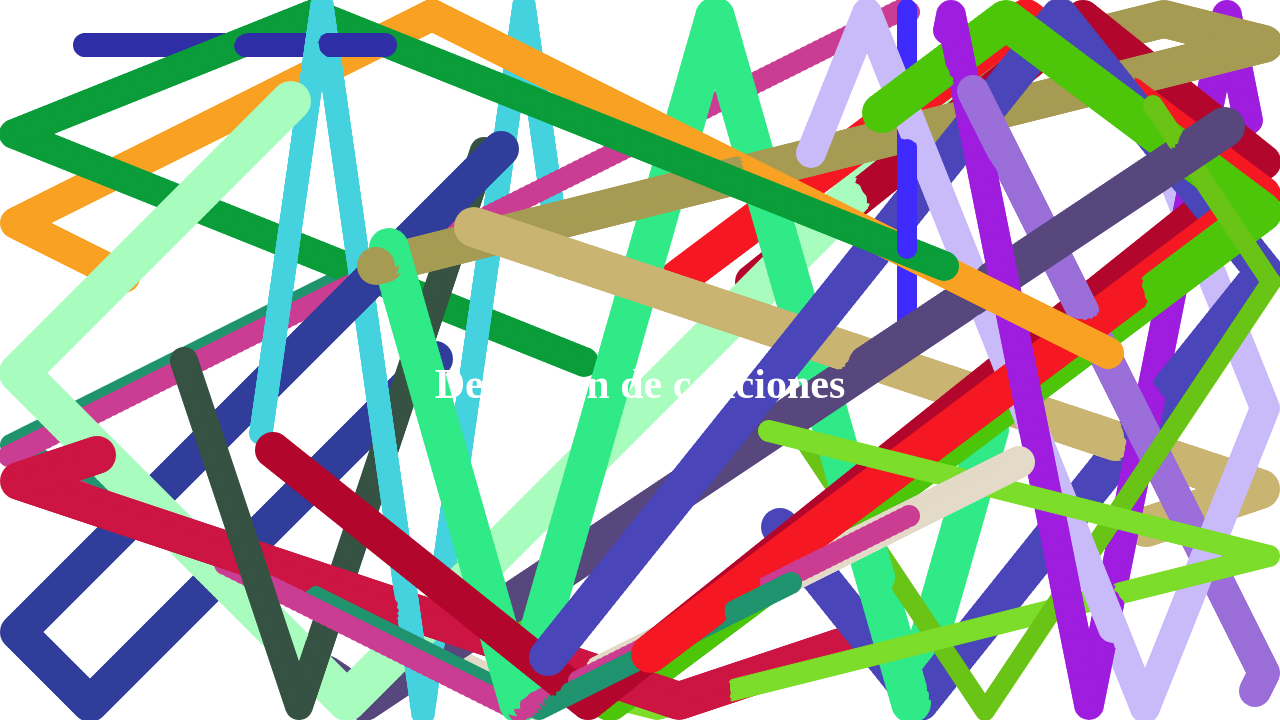
Repository: mvbri/Bouncing-Balls-Animation
Page: index.html
These files come from the project's save history. The page is drawn as it stood at one moment and after the next save; the edit follows.
The browser window is 1280 px wide. The pictures show the whole page.

Above is the page before, as saved 2023-01-15 18:03:25.

### index.html
<!DOCTYPE html>
<html lang="en">
	<head>
		<meta charset="UTF-8" />
		<meta http-equiv="X-UA-Compatible" content="IE=edge" />
		<meta name="viewport" content="width=device-width, initial-scale=1.0" />
		<title>Practicas js</title>
		<link rel="stylesheet" href="style.css" />
	</head>
	<body>
		<div class="container">
			<h1>Deteccion de coliciones</h1>
			<canvas class="canvas"></canvas>
		</div>
		<script src="./bouncingBalls.js"></script>
		<!-- <script src="main.js"></script> -->
	</body>
</html>

### style.css
* {
    margin: 0;
    padding: 0;
    box-sizing: border-box;
}

html,
body {
    height: 100vh;
}

.container {
    height: 100%;
    display: grid;
    justify-content: center;
    align-items: center;
}

h1 {
    text-align: center;
    position: absolute;
    top: 50%;
    left: 0;
    z-index: 1000;
    color: #fff;
    width: 100%;
    text-align: center;
    font-size: 42px;
}

### bouncingBalls.js
const canvas = document.querySelector('.canvas');
const ctx = canvas.getContext('2d');

window.addEventListener('resize', () => {
	getDisign();
});
window.addEventListener('DOMContentLoaded', () => {
	getDisign();
});

const getDisign = () => {
	let width = window.innerWidth;
	let height = window.innerHeight;
	canvas.width = width;
	canvas.height = height;

	const random = (min, max) => {
		var num = Math.floor(Math.random() * (max - min + 1)) + min;
		return num;
	};

	const randomRGB = () => {
		return `rgb(${random(0, 255)},${random(0, 255)},${random(0, 255)})`;
	};

	class Ball {
		constructor(x, y, vely, velx, color, size) {
			this.x = x;
			this.y = y;
			this.vely = vely;
			this.velx = velx;
			this.color = color;
			this.size = size;
		}

		draw() {
			ctx.beginPath();
			ctx.fillStyle = this.color;
			ctx.arc(this.x, this.y, this.size, 0, 2 * Math.PI);
			ctx.fill();
		}
		update() {
			if (this.x + this.size >= width) this.velx = -this.velx;
			if (this.x - this.size <= 0) this.velx = -this.velx;
			if (this.y + this.size >= height) this.vely = -this.vely;
			if (this.y - this.size <= 0) this.vely = -this.vely;

			this.x += this.velx;
			this.y += this.vely;
		}
	}

	const drawBalls = (amount) => {
		let balls = [];
		while (balls.length < amount) {
			const size = random(10, 20);
			const ball = new Ball(
				random(0 + size, width - size),
				random(0 + size, height - size),
				random(-7, 7),
				random(-7, 7),
				randomRGB(),
				size
			);

			balls.push(ball);
		}
		return balls;
	};

	let balls = drawBalls(25);
	const loop = (width, height) => {
		ctx.fillStyle = 'rgba(0, 0, 0, 0.25)';
		ctx.fillRect(0, 0, width, height);

		for (const ball of balls) {
			ball.draw();
			ball.update();
		}

		requestAnimationFrame(loop);
	};
	loop();
};

// function Ball(x, y, vely, velx, color, size) {
// 	this.x = x;
// 	this.y = y;
// 	this.vely = vely;
// 	this.velx = velx;
// 	this.color = color;
// 	this.size = size;
// }

// Cuales son las diferencias entre una funcion constructora y un clase
// La funcion anterior es siquiera una funcion constuctora?

After the next save:
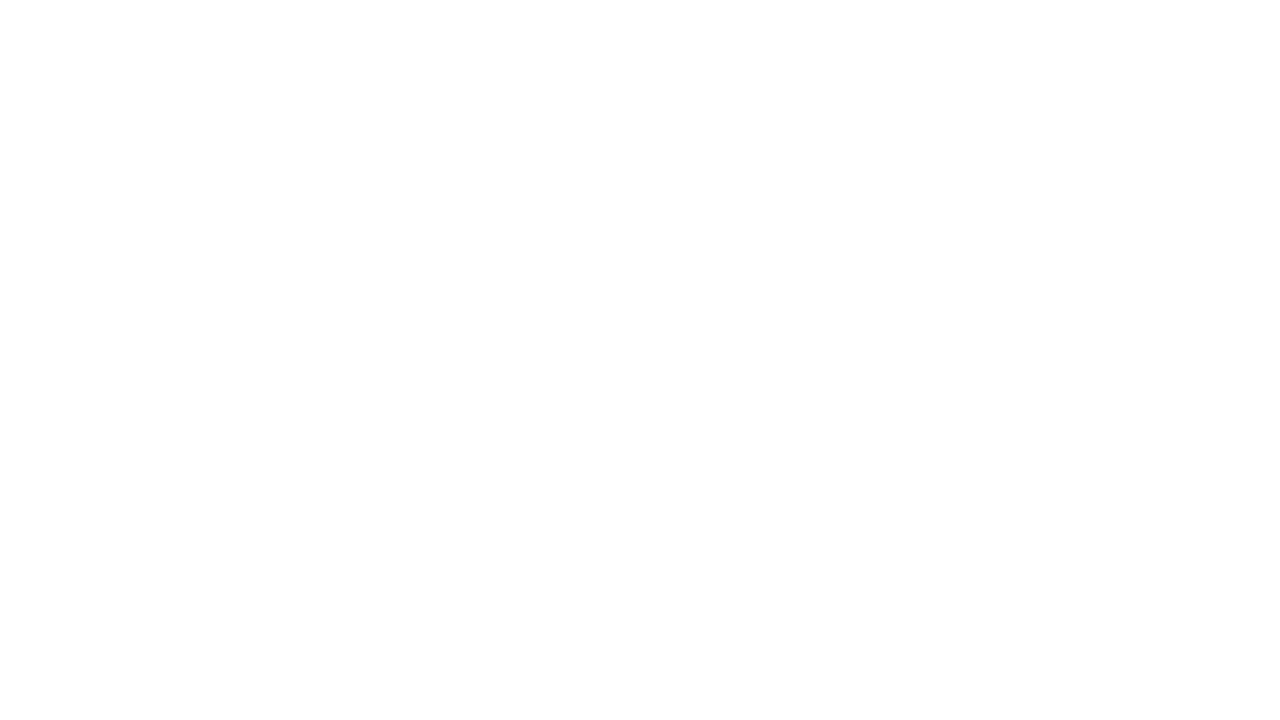
Console error: SyntaxError: Unexpected end of input
Saved 3 min 55 s later.
--- a/bouncingBalls.js
+++ b/bouncingBalls.js
@@ -50,7 +50,6 @@
 		}
 	}
 
-	const drawBalls = (amount) => {
 		let balls = [];
 		while (balls.length < amount) {
 			const size = random(10, 20);
@@ -64,11 +63,8 @@
 			);
 
 			balls.push(ball);
-		}
-		return balls;
-	};
 
-	let balls = drawBalls(25);
+
 	const loop = (width, height) => {
 		ctx.fillStyle = 'rgba(0, 0, 0, 0.25)';
 		ctx.fillRect(0, 0, width, height);

After the 2 saves that followed:
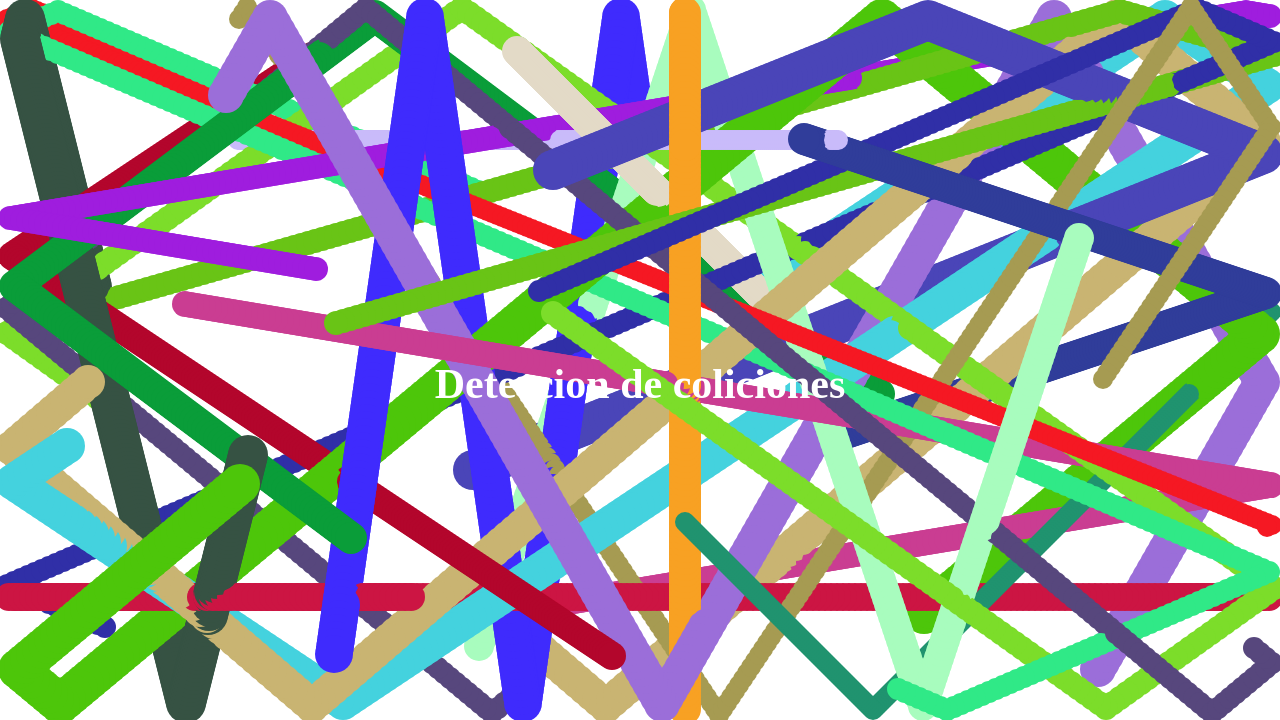
The error is gone.
The 2 saves are shown as one change because 1 left the picture as it was.
The last was saved 34 s later.
--- a/bouncingBalls.js
+++ b/bouncingBalls.js
@@ -50,20 +50,20 @@
 		}
 	}
 
-		let balls = [];
-		while (balls.length < amount) {
-			const size = random(10, 20);
-			const ball = new Ball(
-				random(0 + size, width - size),
-				random(0 + size, height - size),
-				random(-7, 7),
-				random(-7, 7),
-				randomRGB(),
-				size
-			);
+	let balls = [];
+	while (balls.length < 25) {
+		const size = random(10, 20);
+		const ball = new Ball(
+			random(0 + size, width - size),
+			random(0 + size, height - size),
+			random(-7, 7),
+			random(-7, 7),
+			randomRGB(),
+			size
+		);
 
-			balls.push(ball);
-
+		balls.push(ball);
+	}
 
 	const loop = (width, height) => {
 		ctx.fillStyle = 'rgba(0, 0, 0, 0.25)';
